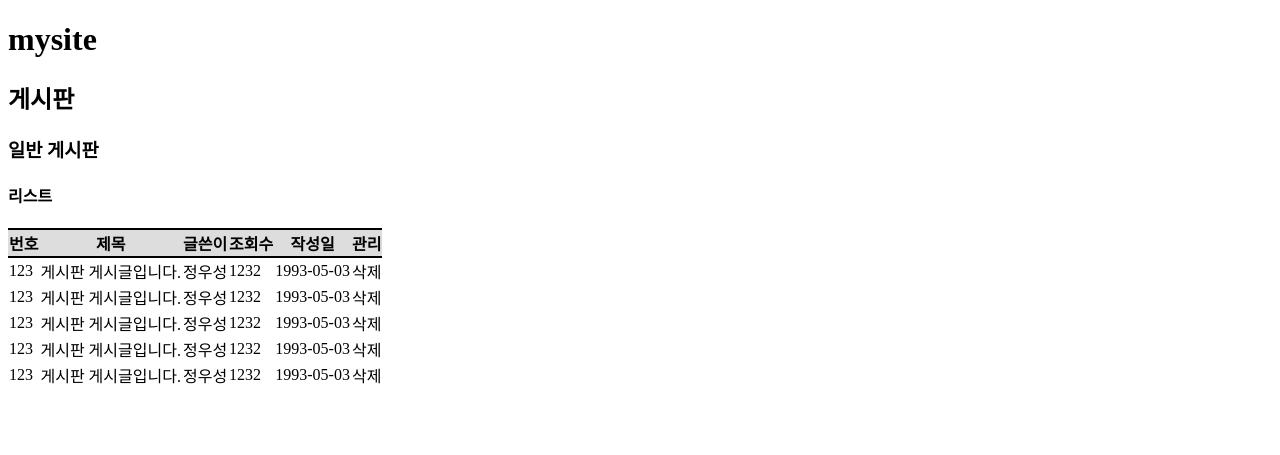
Repository: jeemaru/htme_01
Page: css_02/ex_04-1.html
These files come from the project's save history. The page is drawn as it stood at one moment and after the next save; the edit follows.
The browser window is 1280 px wide. The pictures show the whole page.

Above is the page before, as saved 2022-04-07 08:48:33.

After the next save:
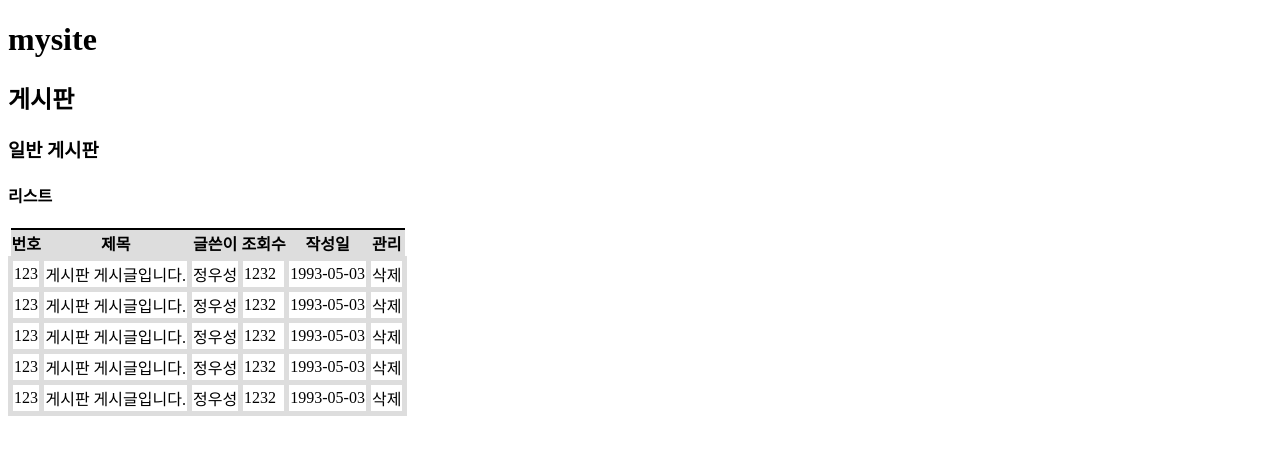
Saved 12 s later.
--- a/css_02/ex_04-1.html
+++ b/css_02/ex_04-1.html
@@ -11,7 +11,7 @@
         		  border: 2px solid #000000;
         		  border-right: 0px;
         		  border-left: 0px;}
-        	td{border: 5px botted #dddddd;}
+        	td{border: 5px solid #dddddd;}
 
 
         </style>
